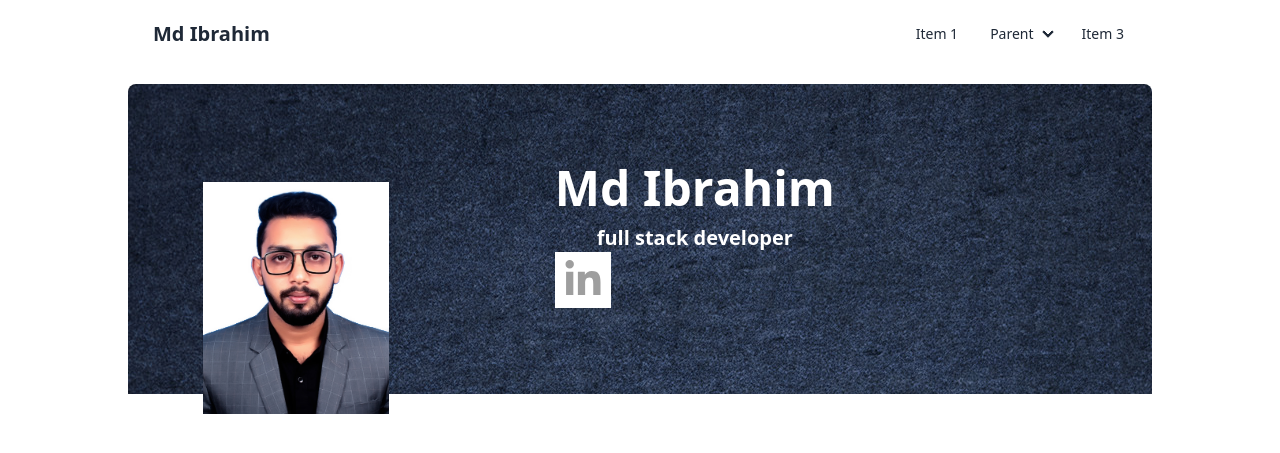
Repository: mdrubel02/portfilo
Page: /
These files come from the project's save history. The page is drawn as it stood at one moment and after the next save; the edit follows.
The browser window is 1280 px wide. The pictures show the whole page.
The project was rebuilt for these pictures with package versions that can differ from the ones it lists, and the page was loaded fresh each time. Also part of the build but not shown: vite.config.js.

Above is the page before, as saved 2023-06-25 14:57:47.

After the next save:
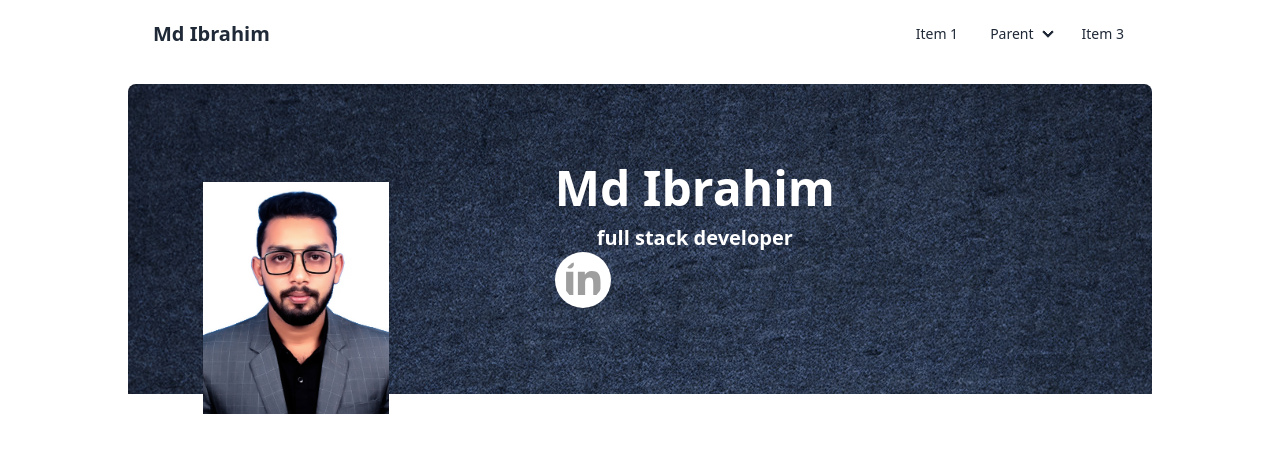
Saved 18 s later.
--- a/src/Pages/Home/Home.jsx
+++ b/src/Pages/Home/Home.jsx
@@ -20,7 +20,7 @@ const Home = () => {
                                 <h3 className='text-5xl text-white font-extrabold font-sans tracking-normal'>Md Ibrahim</h3>
                                 <p className='text-center mt-3 text-xl text-white font-bold font-poppins'>full stack developer</p>
                                 <div>
-                                    <span className='' ><FaLinkedinIn className='text-[#9e9e9e]  bg-white h-14 w-14 rounded-c p-2 text-1xl' /></span>
+                                    <span className='' ><FaLinkedinIn className='text-[#9e9e9e]  bg-white h-14 w-14 rounded-[50%] p-2 text-1xl' /></span>
                                 </div>
                             </div>
                         </div>
